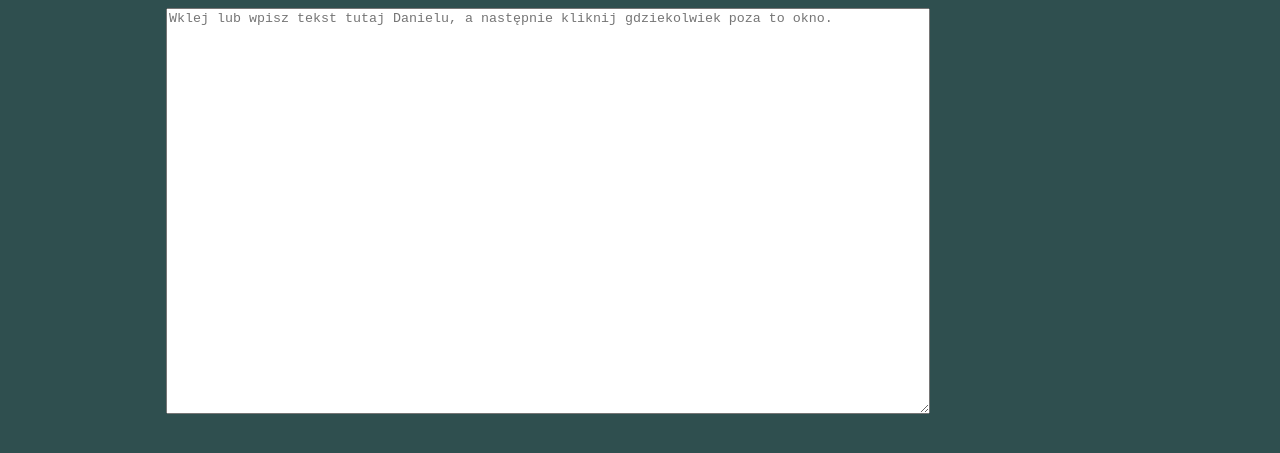
Repository: Gyeboorovsky/Playground
Page: Lettter Counter for Daniel/LetterCounter.html
These files come from the project's save history. The page is drawn as it stood at one moment and after the next save; the edit follows.
The browser window is 1280 px wide. The pictures show the whole page.

Above is the page before, as saved 2020-04-05 03:19:49.

After the next save:
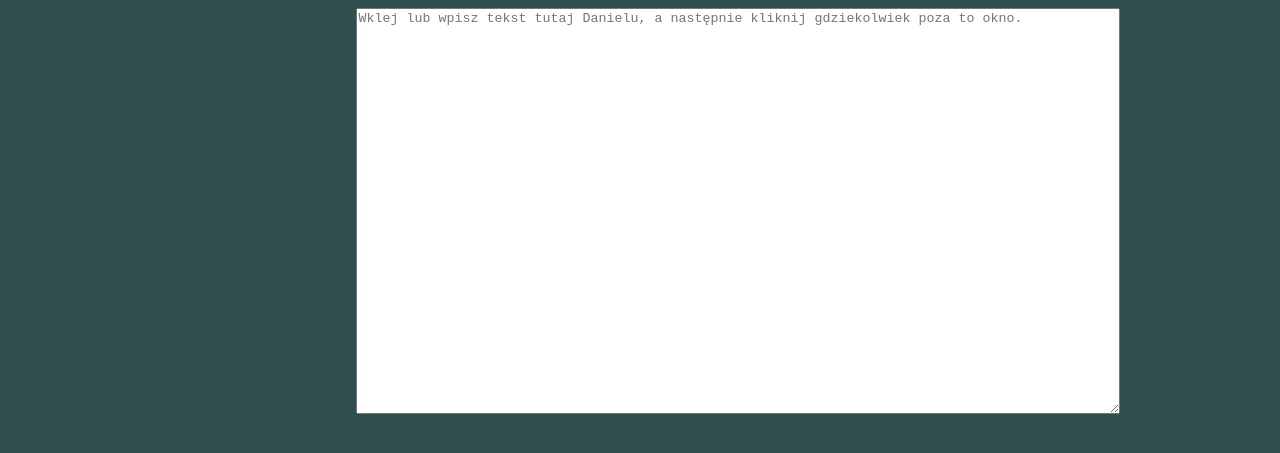
Saved 92 s later.
--- a/Lettter Counter for Daniel/LetterCounter.html
+++ b/Lettter Counter for Daniel/LetterCounter.html
@@ -4,6 +4,9 @@
         <link rel="stylesheet" type="text/css" href="style.css">
     </head>
     <body>
+        <div id="letters">
+
+        </div>
         <div id="textarea">
             <textarea id="input" placeholder="Wklej lub wpisz tekst tutaj Danielu, a następnie kliknij gdziekolwiek poza to okno." onchange="countLetters()"></textarea>
         </div>
@@ -35,8 +38,5 @@
             }
 
         </script>
-        <div id="letters">
-
-        </div>
     </body>
 </html>
